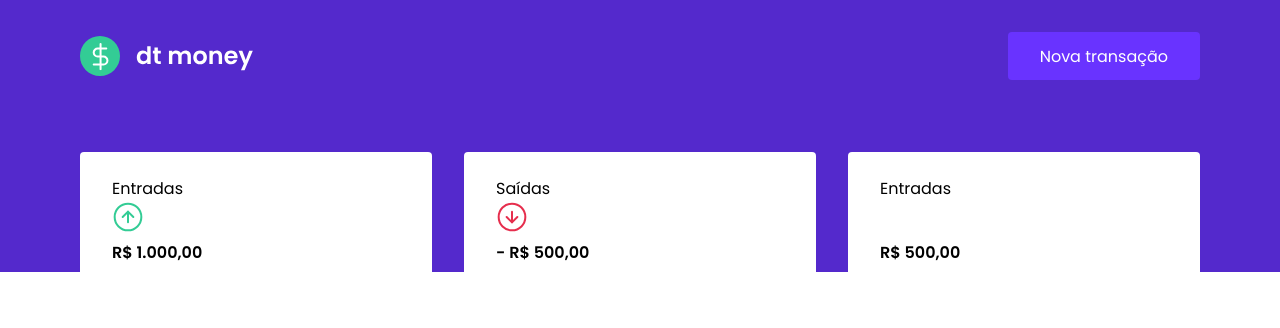
Repository: lucaslopesdevv/dtmoney
Page: /
These files come from the project's save history. The page is drawn as it stood at one moment and after the next save; the edit follows.
The browser window is 1280 px wide. The pictures show the whole page.
The project was rebuilt for these pictures with package versions that can differ from the ones it lists, and the page was loaded fresh each time.

Above is the page before, as saved 2021-12-06 21:15:47.

### public/index.html
<!DOCTYPE html>
<html lang="en">
  <head>
    <link rel="preconnect" href="https://fonts.googleapis.com">
    <link rel="preconnect" href="https://fonts.gstatic.com" crossorigin>
    <meta charset="utf-8" />
    <meta name="viewport" content="width=device-width, initial-scale=1" />

<Link rel="shortcut icon" href="favicon.png" type="image/png"/>

    <title>Dtmoney</title>
    <link href="https://fonts.googleapis.com/css2?family=Poppins:wght@400;600&family=Roboto:wght@400;700&display=swap" rel="stylesheet">


  </head>
  <body>
    <noscript>You need to enable JavaScript to run this app.</noscript>
    <div id="root"></div>
  </body>
</html>

### src/App.tsx

import { Dashboard } from "./components/Header/Dashboard";
import { Header } from "./components/Header/index";
import { GlobalStyle } from "./styles/global";

export function App() {
  return (
    <>
      <Header />
      <Dashboard />
      <GlobalStyle />
    </>
  );
}

### src/components/Header/Dashboard/index.tsx
import { Summary } from '../../Summary';

import { Container } from './styles';


export function Dashboard() {
    return (
        <Container>
            <Summary />
        </Container>
    );
}

### src/components/Header/index.tsx
import logoImg from '../../assets/logo.svg';
import { Container, Content } from './styles';

export function Header() {
    return (
        <Container>
            <Content>
                <img src={logoImg} alt="dt money" />
                <button type="button">
                    Nova transação
                </button>
            </Content>
        </Container>
    )
}

### src/styles/global.ts
import { createGlobalStyle } from 'styled-components';

export const GlobalStyle = createGlobalStyle`
:root {
    --background: #F0F2F5;
    --red: #e52e4d;
    --blue: #5429cc;
    --blue-light: #6933ff;

    --text-title: #363f5f;
    --text-body: #969cb3;

    --shape: #ffffff;
}
    *{
        margin: 0;
        padding: 0;
        box-sizing: boder-box;
    }

/*font-size: 16px (Desktop)*/

html {
    @media (max-width: 1080px){
        font-size: 93.75%; /*15px*/
    }

    @media (max-width: 720px){
        font-size: 87.5%; /*14px*/
    }
}

    body {
        background-color: var(---background);
        -webkit-font-smoothing: antialiased;
    }

    body, input, textarea, button {
        font-family: 'Poppins', sans-serif;
        font-weight: 400;
    }

    h1, h2, h3, h4, h5, h6, strong{
        font-weight: 600;
    }

    button{
        cursor: pointer;
    }

    [disabled] {
        opacity: 0.6;
        cursor: not-allowed;
    }


`

### src/components/Summary/index.tsx
import incomeImg from '../../assets/income.svg';
import outcomeImg from '../../assets/outcome.svg';
import totalImg from '../../assets/total.svg';

import { Container } from './styles';

export function Summary() {
    return (
        <Container>
            <div>
                <header>
                    <p>Entradas</p>
                    <img src={incomeImg} alt="Entradas" />
                </header>
                <strong>R$ 1.000,00</strong>
            </div>

            <div>
                <header>
                    <p>Saídas</p>
                    <img src={outcomeImg} alt="Saídas" />
                </header>
                <strong>- R$ 500,00</strong>
            </div>

            <div>
                <header>
                    <p>Entradas</p>
                    <img src={totalImg} alt="Total" />
                </header>
                <strong>R$ 500,00</strong>
            </div>
        </Container>
    )
}

### src/components/Header/Dashboard/styles.ts
import styled from "styled-components";

export const Container = styled.main`

    max-width: 1120px;
    margin: 0 auto;
    padding: 2.5rem 1rem;
`;

### src/components/Header/styles.ts
import styled from 'styled-components';

export const Container = styled.header`
background: var(--blue);

`;

export const Content = styled.div`
    max-width: 1120px;
    margin: 0 auto;

    padding: 2rem 1rem 12rem;
    display: flex;
    align-items: center;
    justify-content: space-between;

button{
    font-size: 1rem;
    color: #FFF;
    background: var(--blue-light);
    border: 0;
    padding: 0 2rem;
    border-radius: 0.25rem;
    height: 3rem;

    transition: filter 0.2s;

    &:hover{
        filter: brightness(0.9);
    }
}
`;

### src/components/Summary/styles.ts
import styled from "styled-components";

export const Container = styled.div`
    display: grid;
    grid-template-columns: repeat(3, 1fr);
    gap: 2rem;
    margin-top: -10rem;

    div {
        background: var(--shape);
        padding: 1.5rem 2rem;
        border-radius: 0.25rem;
    }
`;

Loaded but not shown: src/index.tsx (common file)

After the next save:
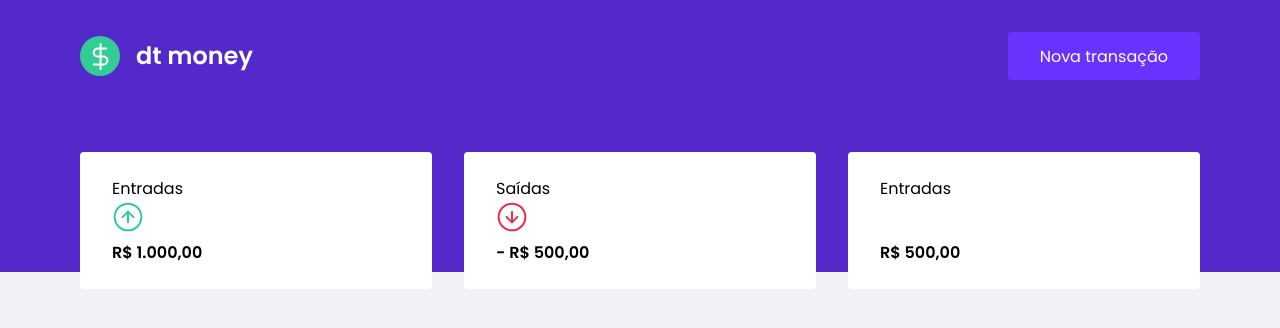
Saved 24 s later.
--- a/src/styles/global.ts
+++ b/src/styles/global.ts
@@ -31,7 +31,7 @@ html {
 }
 
     body {
-        background-color: var(---background);
+        background-color: var(--background);
         -webkit-font-smoothing: antialiased;
     }
 
